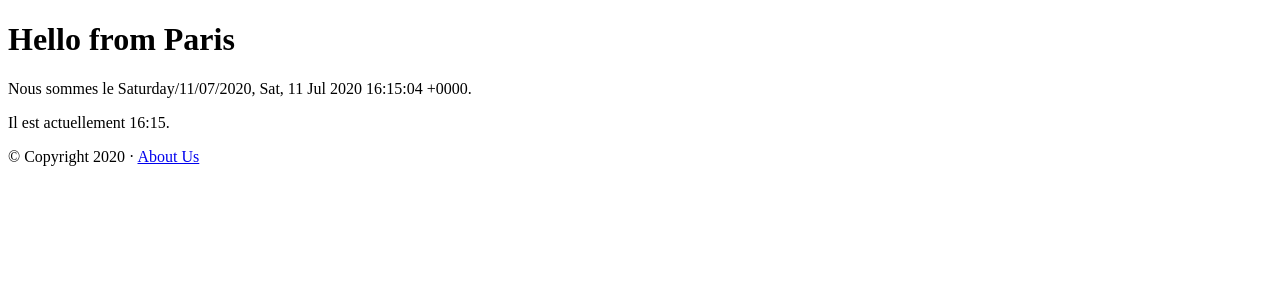
Repository: Elfebleu9/hello_city
Page: templates/pages/home.html.twig
The author's editor kept a copy of each file at every save. The page is drawn from the files as they stood at one save, then again after the next save.
The browser window is 1280 px wide. The pictures show the whole page.
The page is a Twig template of a Symfony application; nobody is signed in and links lead nowhere. The template is opened directly, without the code that normally fills it, so the values that code supplies are empty.

Above is the page before, as saved 2020-07-13 11:48:33.

### templates/pages/home.html.twig
{% extends 'base.html.twig' %}
 {% block title 'Hello Paris ! ' %}
 {% block body %}
    <h1>Hello from Paris</h1>
    <p>Nous sommes le {{'now'|date('l/d/m/Y, r')}}.</p>
    <p> Il est actuellement {{ 'now'|date('H:i')}}.</p>
 {% endblock %}

### templates/base.html.twig
<!DOCTYPE html>
<html lang="{{app.request.locale}}">
    <head>
        <meta charset="UTF-8">
        <meta name="viewport" content="width=device-width, initial-scale=1, shrink-to-fit=no">

        <title>{% block title %}Hello Paris{% endblock %}</title>
        {% block stylesheets %}{% endblock %}
    </head>
    <body>
        <main role="main">
            {% block body %}{% endblock %}
        </main>

        <footer>
            <p>
                &copy; Copyright {{'now'|date('Y')}}
                &middot; <a href="{{path('app_about')}}">About Us</a>
            </p>
        </footer>
        {% block javascripts %}{% endblock %}
    </body>
</html>

After the next save:
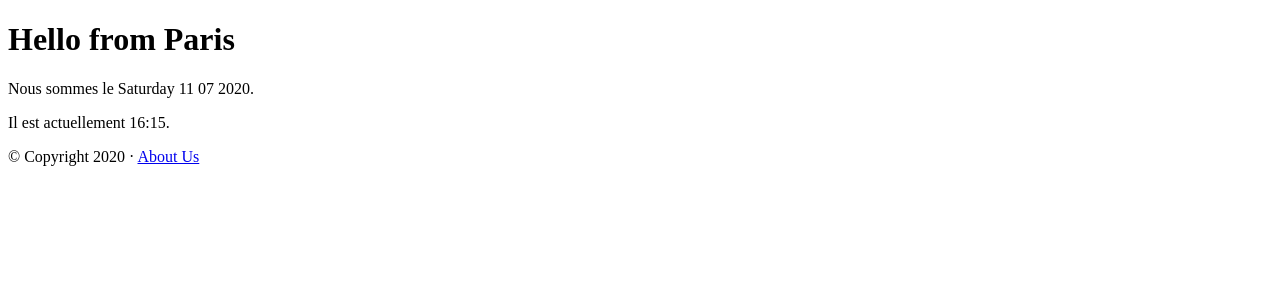
Saved 59 s later.
--- a/templates/pages/home.html.twig
+++ b/templates/pages/home.html.twig
@@ -2,6 +2,6 @@
  {% block title 'Hello Paris ! ' %}
  {% block body %}
     <h1>Hello from Paris</h1>
-    <p>Nous sommes le {{'now'|date('l/d/m/Y, r')}}.</p>
+    <p>Nous sommes le {{'now'|date('l d m Y')}}.</p>
     <p> Il est actuellement {{ 'now'|date('H:i')}}.</p>
  {% endblock %}
